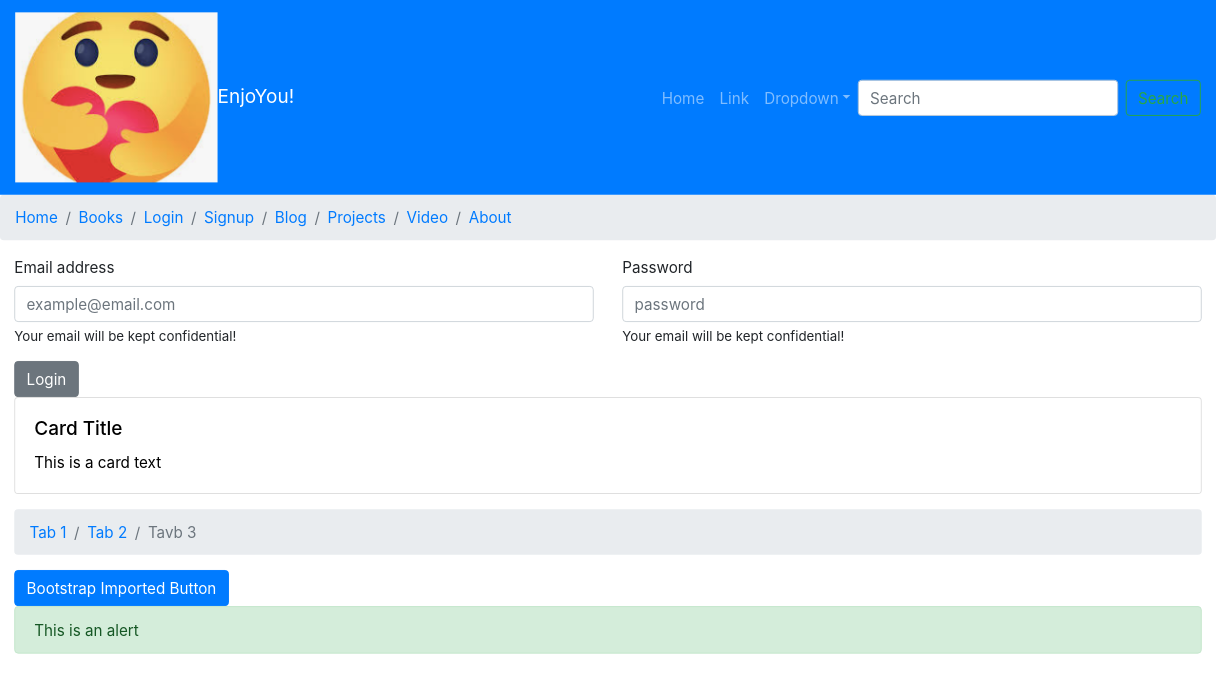
Repository: ebo-arcadia/enjoyou
Page: /login
An editor plug-in stored every save of this project. The page is shown before and after the next save, followed by the edit.
The browser window is 1280 px wide. The pictures show the whole page, at 95% of full size.
The project was rebuilt for these pictures with package versions that can differ from the ones it lists, and the page was loaded fresh each time. Also part of the build but not shown: src/components/Home.js, src/components/BooksList.js, src/containers/signup.js, src/containers/blog.js, src/containers/Projects.js, src/containers/video.js, src/components/About.js.

Above is the page before, as saved 2021-04-20 17:08:44.

After the next save:
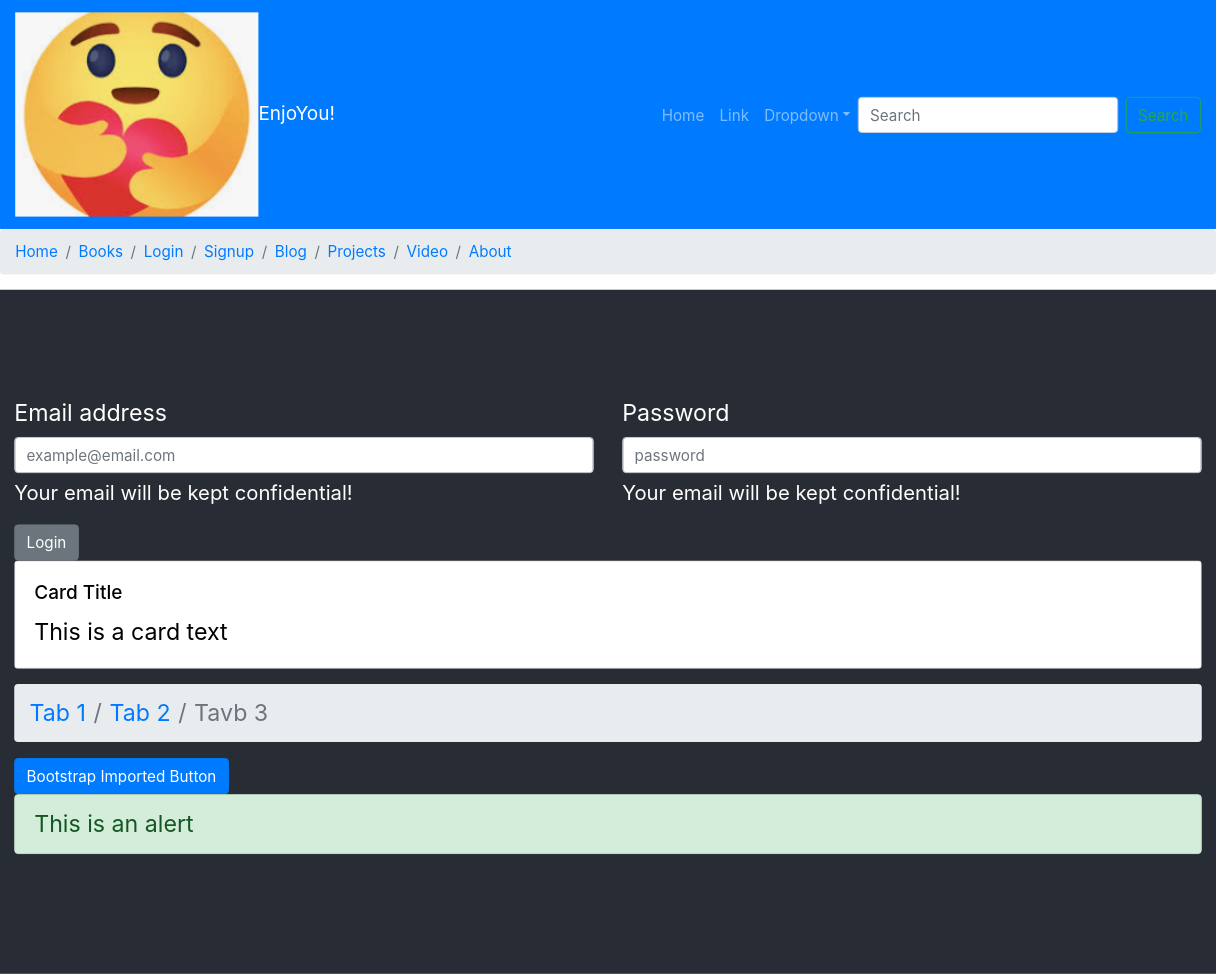
Saved 8 min 15 s later.
--- a/src/components/NavigationBar.js
+++ b/src/components/NavigationBar.js
@@ -1,4 +1,5 @@
 import React from 'react';
+import App from '../App.css';
 import { Navbar, Nav, NavDropdown, Form, FormControl, Button } from 'react-bootstrap';
 import Logo from '../assets/logo.png';
 

After the save that followed:
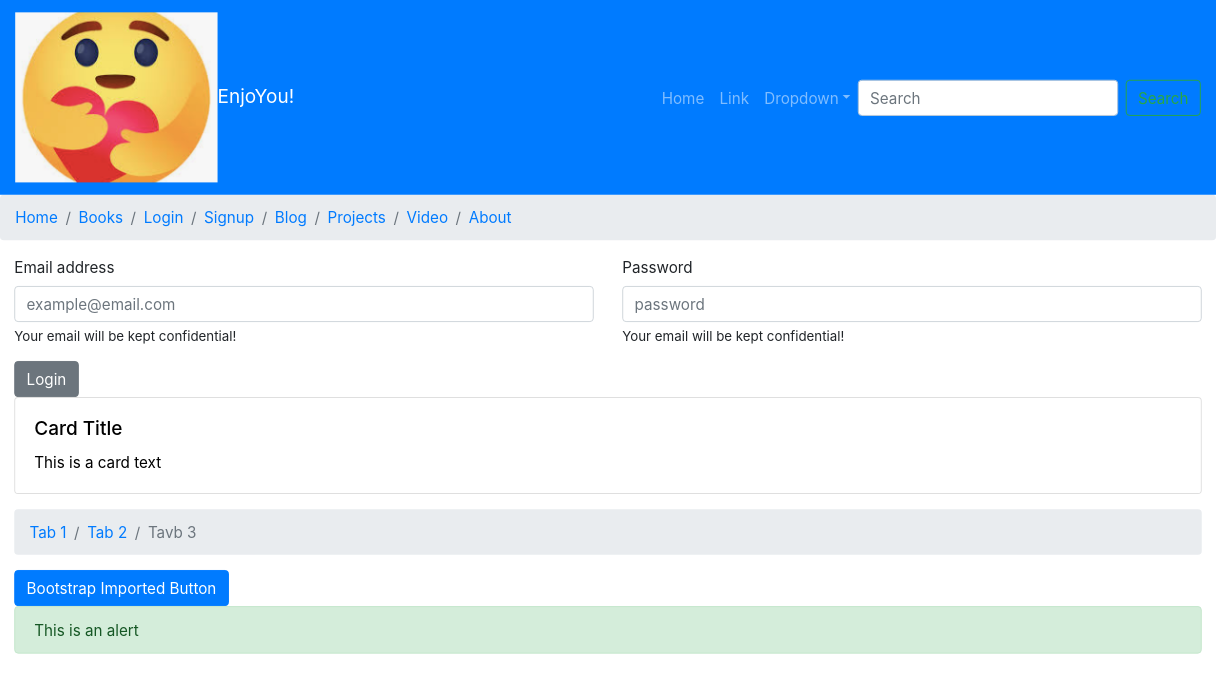
Saved 37 s later.
--- a/src/components/NavigationBar.js
+++ b/src/components/NavigationBar.js
@@ -1,5 +1,4 @@
 import React from 'react';
-import App from '../App.css';
 import { Navbar, Nav, NavDropdown, Form, FormControl, Button } from 'react-bootstrap';
 import Logo from '../assets/logo.png';
 
